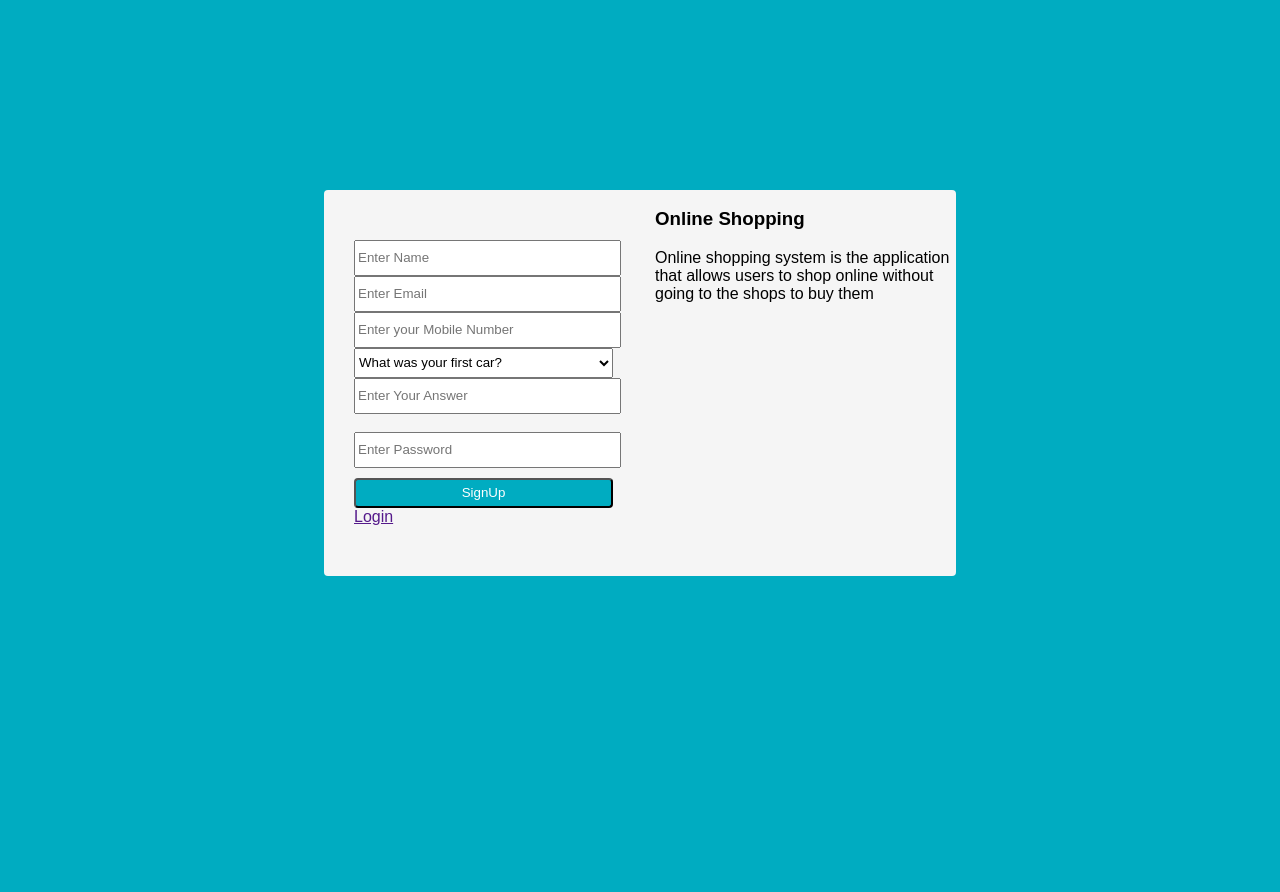
Repository: NidhiDaniel/E-Cart
Page: http://localhost/Online-Shopping-Cart/
An editor plug-in stored every save of this project. The page is shown before and after the next save, followed by the edit.
The browser window is 1280 px wide. The pictures show the whole page.
The page is served by Tomcat 9. Other server files are loaded and not shown.

Above is the page before, as saved 2024-01-03 07:36:43.

### Online-Shopping-Cart/src/main/webapp/signupform.jsp
<%@ page language="java" contentType="text/html; charset=ISO-8859-1"
	pageEncoding="ISO-8859-1"%>
<!DOCTYPE html>
<html>
<head>
<meta charset="ISO-8859-1">
<title>Add User</title>
<link rel="stylesheet" type="text/css" href="./css/sign-up.css">
</head>
<body>
	<div class="container">
		<div class="left-div">
			<form action="adduser.jsp" method="post">
				<input type="text" name="name" placeholder="Enter Name">
				<input type="email"name="email" placeholder="Enter Email">
				<input type="number" name="mobile" placeholder="Enter your Mobile Number">
				<select name="security_question">
					<option>What was your first car?</option>
					<option>What is your first school?</option>
					<option>What is your pet name?</option>
					<option>Who was your best friend?</option>
				</select>
				<input type="text" name="answer" placeholder="Enter Your Answer"><br>
				<input type="password"
					name="password" placeholder="Enter Password">
				<input type="submit" value="SignUp">
			</form><br>
			<a href="">Login</a>
		</div>
		<div class="right-div">
		 <h3>Online Shopping</h3>
		 <p>Online shopping system is the application that allows users to shop online without going to the shops
		 to buy them</p>
		</div>
	</div>
</body>
</html>

### Online-Shopping-Cart/src/main/webapp/css/sign-up.css
*{
	font-family: sans-serif;
}
body{
	background: #00ACC1;
}
.container{
	width: 50%;
    background: #f5f5f5;
    margin: 15% 25% 25% 25%;
    border-radius:4px;
	display:flex;
}
.left-div{
	width:50%;
	margin:50px 0px 50px 30px;
}
.left-div form{
	display:inline-grid;
}
 .left-div form input,select{
  height:30px;
  width:140%;
 }
 .left-div form input[type=submit]{
 background: #00ACC1;
 color: white;
 border-radius: 4px;
 margin-top: 10px;
 }
.right-div{
	width:50%;
}

After the next save:
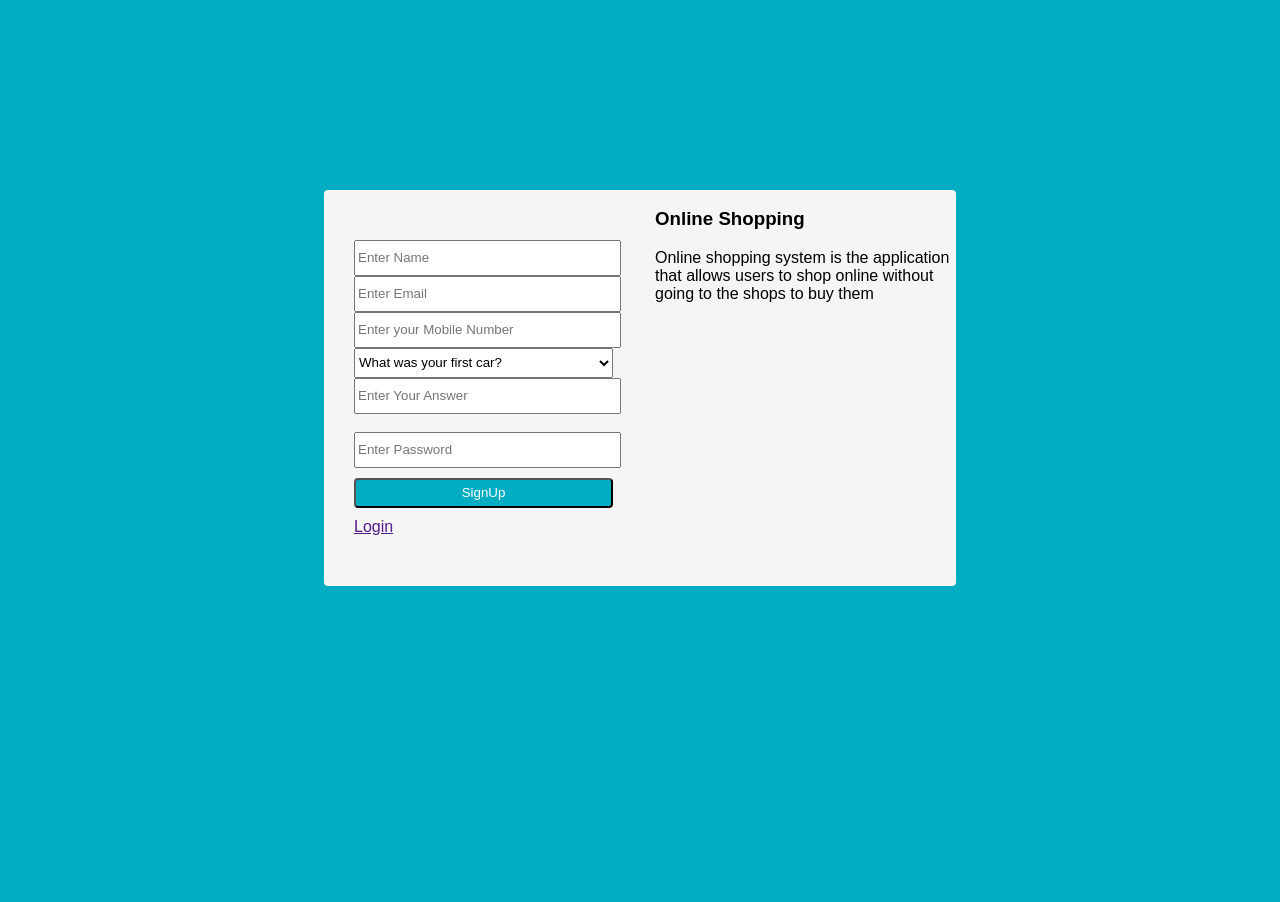
Saved 19 s later.
--- a/Online-Shopping-Cart/src/main/webapp/css/sign-up.css
+++ b/Online-Shopping-Cart/src/main/webapp/css/sign-up.css
@@ -27,6 +27,7 @@ body{
  color: white;
  border-radius: 4px;
  margin-top: 10px;
+ margin-bottom: 10px;
  }
 .right-div{
 	width:50%;
